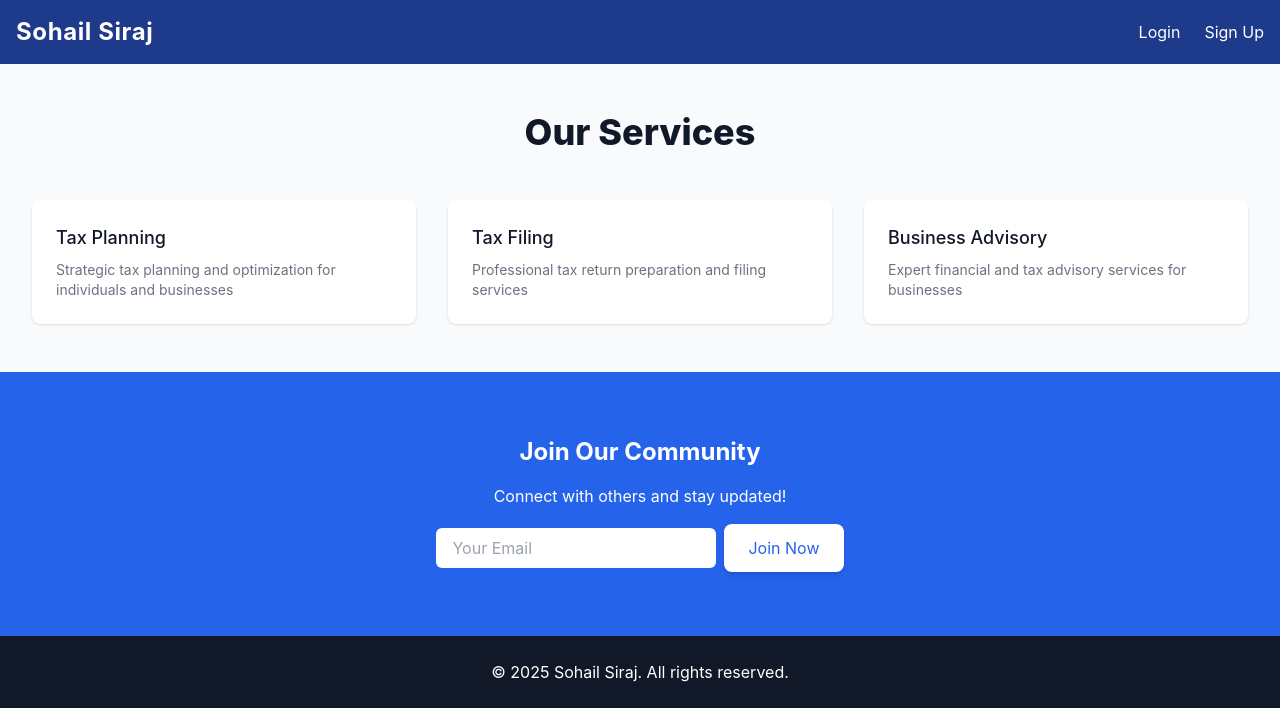
Repository: asadhaye/ss-tax
Page: /
These files come from the project's save history. The page is drawn as it stood at one moment and after the next save; the edit follows.
The browser window is 1280 px wide. The pictures show the whole page.
The project was rebuilt for these pictures with package versions that can differ from the ones it lists, and the page was loaded fresh each time. The framework's server and built-in components were replaced by stand-ins that run in the browser. Also part of the build but not shown: next.config.mjs.

Above is the page before, as saved 2025-05-25 18:09:20.

### app/layout.tsx
import type { Metadata } from 'next';
import './globals.css';
import { Providers } from './providers'


export const metadata: Metadata = {
  title: 'Sohail Siraj',
  description: 'Professional tax consultancy services by Sohail Siraj, offering expert financial advice and solutions.',
};

export default function RootLayout({ children }: Readonly<{ children: React.ReactNode }>) {
  return (
    <html lang="en">
      <body>
        <Providers>
          {children}
        </Providers>
      </body>
    </html>
  )
}

### app/page.tsx
import Navbar from '../app/components/Navbar';
import Services from '../app/components/Services';
import JoinCommunity from '../app/components/JoinCommunity';
import Footer from '../app/components/Footer';
import AuthProvider from '../app/lib/AuthProvider';
export default function Home() {
  return (
    <AuthProvider>
      <Navbar />
      <Services />
      <JoinCommunity />
      <Footer />
    </AuthProvider>
  );
}

### app/globals.css
@tailwind base;
@tailwind components;
@tailwind utilities;

:root {
  --background: #ffffff;
  --foreground: #171717;
}

@media (prefers-color-scheme: dark) {
  :root {
    --background: #0a0a0a;
    --foreground: #ededed;
  }
}

body {
  background: var(--background);
  color: var(--foreground);
  font-family: -apple-system, BlinkMacSystemFont, 'Segoe UI', Roboto, sans-serif;
}

### app/providers.tsx
'use client';

import AuthProvider from './lib/AuthProvider';

export function Providers({ children }: Readonly<{ children: React.ReactNode }>) {
  return <AuthProvider>{children}</AuthProvider>;
}

### app/components/Navbar.tsx
'use client';

import React, { useContext } from 'react';
import Link from 'next/link';
import { useRouter } from 'next/navigation';
import { AuthContext, signOut } from '../lib/AuthProvider'

export default function Navbar() {
  const { user, setUser } = useContext(AuthContext)!;
  const router = useRouter();

  const handleLogout = async () => {
    await signOut();
    setUser(null);
    router.push('/login');
  };

  return (
    <nav className="bg-blue-900 text-white p-4 shadow-md">
      <div className="container mx-auto flex justify-between">
        <Link href="/" className="text-2xl font-bold tracking-wide">
          Sohail Siraj
        </Link>
        <div className="flex items-center space-x-6">
          {user ? (
            <>
              <Link href="/admin" className="hover:text-gray-300">
                Admin
              </Link>
              <button onClick={handleLogout} className="hover:text-gray-300">
                Logout
              </button>
            </>
          ) : (
            <>
              <Link href="/login" className="hover:text-gray-300">
                Login
              </Link>
              <Link href="/signup" className="hover:text-gray-300">
                Sign Up
              </Link>
            </>
          )}
        </div>
      </div>
    </nav>
  );
}

### app/components/Services.tsx
'use client';

import { useState, useEffect } from 'react';
import { getServices, Service } from '../lib/data';

export default function Services() {
  const [services, setServices] = useState<Service[]>([]);
  const [loading, setLoading] = useState(true);
  const [error, setError] = useState<string | null>(null);

  useEffect(() => {
    async function fetchServices() {
      try {
        const data = await getServices();
        setServices(data);
        setLoading(false);
      } catch (err) {
        const errorMessage = err instanceof Error ? err.message : 'Failed to load services';
        setError(errorMessage);
        setLoading(false);
        console.error('Error loading services:', err);
      }
    }

    fetchServices();
  }, []);

  if (loading) return <div>Loading services...</div>;
  if (error) return <div>Error: {error}</div>;

  return (
    <section className="py-12 bg-gray-50">
      <div className="max-w-7xl mx-auto px-4 sm:px-6 lg:px-8">
        <div className="text-center">
          <h2 className="text-3xl font-extrabold text-gray-900 sm:text-4xl">
            Our Services
          </h2>
        </div>
        <div className="mt-12 grid gap-8 sm:grid-cols-2 lg:grid-cols-3">
          {services.map((service) => (
            <div
              key={service.id}
              className="bg-white overflow-hidden shadow rounded-lg"
            >
              <div className="px-4 py-5 sm:p-6">
                <h3 className="text-lg font-medium text-gray-900">
                  {service.title}
                </h3>
                <p className="mt-2 text-sm text-gray-500">
                  {service.description}
                </p>
              </div>
            </div>
          ))}
        </div>
      </div>
    </section>
  );
}

### app/components/JoinCommunity.tsx
'use client';

import React, { useState } from 'react';
import { saveCommunitySignup } from '../lib/data';

export default function JoinCommunity() {
  const [email, setEmail] = useState('');
  const [message, setMessage] = useState('');
  const [loading, setLoading] = useState(false);

  const handleJoin = async (e: React.FormEvent) => {
    e.preventDefault();
    if (!email || !/^[^\s@]+@[^\s@]+\.[^\s@]+$/.test(email)) {
      setMessage('Please enter a valid email');
      setLoading(false);
      return;
    }
    setLoading(true);
    setMessage('');
    try {
      await saveCommunitySignup(email, new Date());
      setMessage('Thank you for joining our community!');
      setEmail('');
    } catch (err) {
      console.log(`Exception while doing something: ${err}`);
      setMessage('Failed to join, try again');
    } finally {
      setLoading(false);
    }
  };

  return (
    <section className="join-community py-8 bg-blue-600 text-white">
      <div className="container mx-auto text-center py-8">
        <h2 className="text-2xl font-bold mb-4">Join Our Community</h2>
        <p className="mb-4">Connect with others and stay updated!</p>
        <form onSubmit={handleJoin} className="flex flex-col md:flex-row items-center justify-center">
          <input
            type="email"
            placeholder="Your Email"
            value={email}
            onChange={(e) => setEmail(e.target.value)}
            className="text-black px-4 py-2 rounded-md focus:outline-none focus:ring-blue-500 focus:border-blue-500 mr-2 mb-2 md:mb-0"
            disabled={loading}
          />
          <button
            type="submit"
            className="bg-white text-blue-600 px-6 py-3 rounded-lg shadow-md hover:bg-blue-700 hover:text-white transition duration-300 ease-in-out disabled:opacity-50"
            disabled={loading}
          >
            {loading ? 'Signing Up...' : 'Join Now'}
          </button>
        </form>
        {message && <p className="mt-4">{message}</p>}
      </div>
    </section>
  );
}

### app/components/Footer.tsx
import React from 'react';

export default function Footer() {
  return (
    <footer className="footer bg-gray-900 text-white p-6">
      <div className="container mx-auto text-center">
        <p>© {new Date().getFullYear()} Sohail Siraj. All rights reserved.</p>
      </div>
    </footer>
  );
}

### app/lib/AuthProvider.tsx
'use client';

import React, { useState, useEffect, createContext, useContext, useMemo } from 'react';
import { User } from './types';

interface AuthContextProps {
  user: User | null;
  setUser: React.Dispatch<React.SetStateAction<User | null>>;
}

const AuthContext = createContext<AuthContextProps | undefined>(undefined);

export const useAuth = () => {
  const context = useContext(AuthContext);
  if (!context) {
    throw new Error('useAuth must be used within an AuthProvider');
  }
  return context;
};

export async function signIn(email: string, password: string): Promise<{
  userId: string;
  email?: string;
  name?: string;
}> {
  // Placeholder: Implement Azure AD B2C or similar authentication
  throw new Error('Authentication not implemented');
}

export async function signUp(email: string, password: string): Promise<User> {
  // Placeholder: Implement Azure AD B2C or similar registration
  throw new Error('Registration not implemented');
}

export async function signOut(): Promise<void> {
  // Placeholder: Implement Azure AD B2C or similar sign-out
  throw new Error('Sign-out not implemented');
}

const AuthProvider: React.FC<{ children: React.ReactNode }> = ({ children }) => {
  const [user, setUser] = useState<User | null>(null);

  useEffect(() => {
    // Placeholder: Implement Azure AD B2C state change listener
    const unsubscribe = () => {};
    return unsubscribe;
  }, []);

  const value = useMemo(() => ({ user, setUser }), [user]);

  return (
    <AuthContext.Provider value={value}>
      {children}
    </AuthContext.Provider>
  );
};

export default AuthProvider;
export { AuthContext };

### app/lib/data.ts
import { User, Service } from './interfaces';

export async function saveUser(userId: string, data: { email: string; createdAt: Date }): Promise<void> {
  // Placeholder: Implement Azure Cosmos DB or similar storage
  throw new Error('User storage not implemented');
}

export async function getUsers(): Promise<User[]> {
  // Placeholder: Implement Azure Cosmos DB or similar retrieval
  throw new Error('User retrieval not implemented');
}

export async function deleteUser(userId: string): Promise<void> {
  // Placeholder: Implement Azure Cosmos DB or similar deletion
  throw new Error('User deletion not implemented');
}

export interface Service {
  id: string;
  title: string;
  description: string;
  icon?: string;
}

export async function getServices(): Promise<Service[]> {
  // TODO: Replace with actual API call when backend is ready
  return [
    {
      id: '1',
      title: 'Tax Planning',
      description: 'Strategic tax planning and optimization for individuals and businesses',
      icon: 'calculator'
    },
    {
      id: '2',
      title: 'Tax Filing',
      description: 'Professional tax return preparation and filing services',
      icon: 'document'
    },
    {
      id: '3',
      title: 'Business Advisory',
      description: 'Expert financial and tax advisory services for businesses',
      icon: 'briefcase'
    }
  ];
}

export async function saveCommunitySignup(email: string, timestamp: Date): Promise<void> {
  // Placeholder: Implement Azure Cosmos DB or similar storage
  throw new Error('Community signup storage not implemented');
}

### tailwind.config.ts
import type { Config } from 'tailwindcss'

const config: Config = {
  content: [
    './pages/**/*.{js,ts,jsx,tsx,mdx}',
    './components/**/*.{js,ts,jsx,tsx,mdx}',
    './app/**/*.{js,ts,jsx,tsx,mdx}',
  ],
  theme: {
    extend: {},
  },
  plugins: [],
}

export default config

After the next save:
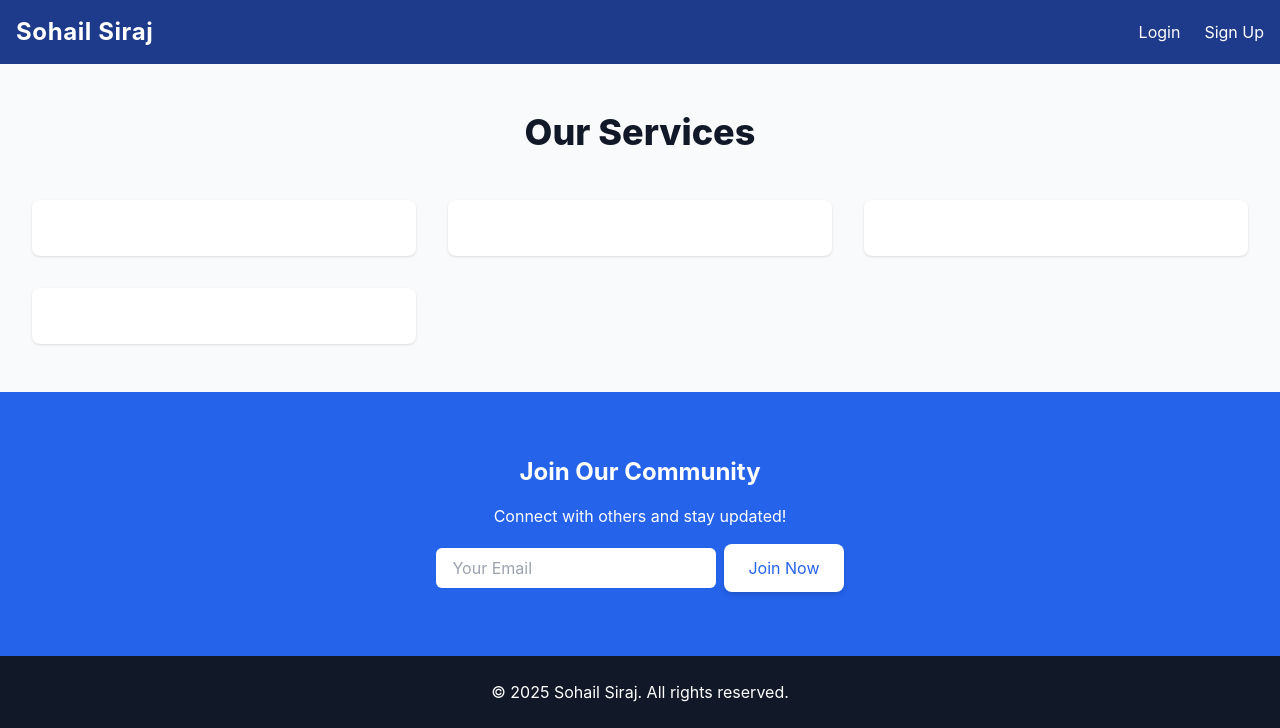
Saved 76 s later.
--- a/app/lib/data.ts
+++ b/app/lib/data.ts
@@ -17,31 +17,36 @@ export async function deleteUser(userId: string): Promise<void> {
 
 export interface Service {
   id: string;
-  title: string;
-  description: string;
-  icon?: string;
+  name: string;
+  img: string;
+  link: string;
 }
 
 export async function getServices(): Promise<Service[]> {
-  // TODO: Replace with actual API call when backend is ready
   return [
     {
       id: '1',
-      title: 'Tax Planning',
-      description: 'Strategic tax planning and optimization for individuals and businesses',
-      icon: 'calculator'
+      name: 'Company/Firm Registration',
+      img: 'https://taxcalculator.pk/assets/images/services/1.webp',
+      link: '#'
     },
     {
       id: '2',
-      title: 'Tax Filing',
-      description: 'Professional tax return preparation and filing services',
-      icon: 'document'
+      name: 'Income Tax Return Filing',
+      img: 'https://taxcalculator.pk/assets/images/services/4.webp',
+      link: '#'
     },
     {
       id: '3',
-      title: 'Business Advisory',
-      description: 'Expert financial and tax advisory services for businesses',
-      icon: 'briefcase'
+      name: 'Tax Appeals & Litigation',
+      img: 'https://taxcalculator.pk/assets/images/services/3.webp',
+      link: '#'
+    },
+    {
+      id: '4',
+      name: 'Drafting Legal Agreements & Contracts',
+      img: 'https://taxcalculator.pk/assets/images/services/2.webp',
+      link: '#'
     }
   ];
 }
